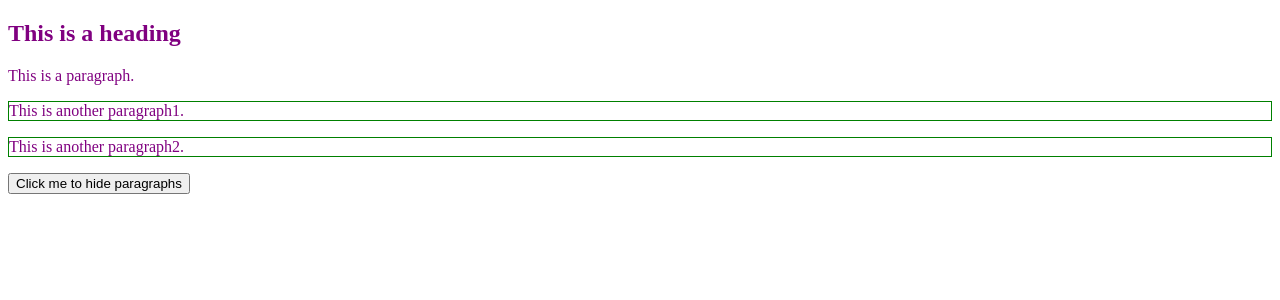
Repository: skybluelion/KB
Page: KB/work05_front/front05_JQuery/src/main/webapp/2_event/jq03_addClass_template.html
An editor plug-in stored every save of this project. The page is shown before and after the next save, followed by the edit.
The browser window is 1280 px wide. The pictures show the whole page.

Above is the page before, as saved 2023-04-12 05:35:16.

### KB/work05_front/front05_JQuery/src/main/webapp/2_event/jq03_addClass_template.html
<!DOCTYPE html>
<html>
<head>
<meta charset="UTF-8">
<title>css() 사용남발로 JQuery와  css 분리가 제대로 안됨 :: addClass()</title>
<style>
	.colorP{color: purple}
	.colorT{color: tomato}
	.borderG{ border:1px solid green}
	.borderB{ border:1px solid blue}
</style>
<script src="https://ajax.googleapis.com/ajax/libs/jquery/3.6.0/jquery.min.js"></script>
<script>
	$(function(){
		$('h2,p').addClass('colorP');

		//1. h2 태그의 직계자식 선택자.. 글자색을 tomato
		$('h2>p').addClass('colorT');
		//2. p태그 2번 째 선택.. 경계선 1px solid green
		$('p:eq(1)').addClass('borderG');
		//3. p태그 마지막 선택.. 경계선 1px solid blue
		$('p:last').addClass('borderG');


	});
</script>
</head>
<body>
	<h2 id="header">
		<span>This is a heading</span>
	</h2>

	<p>This is a paragraph.</p>
	<p class="content">This is another paragraph1.</p>
	<p class="content theme">This is another paragraph2.</p>

	<button>Click me to hide paragraphs</button>
</body>
</html>

After the next save:
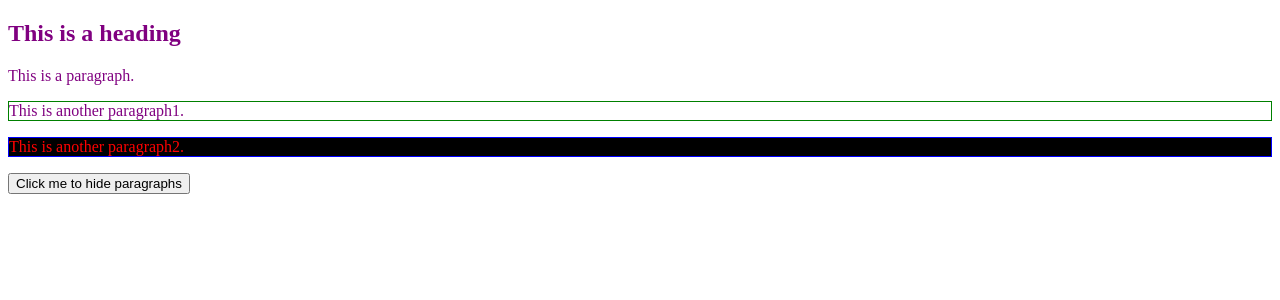
Saved 5 min 55 s later.
--- a/KB/work05_front/front05_JQuery/src/main/webapp/2_event/jq03_addClass_template.html
+++ b/KB/work05_front/front05_JQuery/src/main/webapp/2_event/jq03_addClass_template.html
@@ -6,6 +6,7 @@
 <style>
 	.colorP{color: purple}
 	.colorT{color: tomato}
+	.theme{color: red; background: black}
 	.borderG{ border:1px solid green}
 	.borderB{ border:1px solid blue}
 </style>
@@ -19,8 +20,15 @@
 		//2. p태그 2번 째 선택.. 경계선 1px solid green
 		$('p:eq(1)').addClass('borderG');
 		//3. p태그 마지막 선택.. 경계선 1px solid blue
-		$('p:last').addClass('borderG');
-
+		$('p:last').addClass('borderB');
+		//4. p태그 클래스 속성값이 theme인 선택자 선택.. 글자색 red. 배경색을 black
+			//필요하면 class 속성을 추가해야 합니다.
+/* 		$('p.theme').css('color','red').css('background','black'); */
+/* 		$('p.theme').css({
+			"color":"red",
+			"background":"black"
+		}) */
+		$('p.theme').addClass('theme');
 
 	});
 </script>
